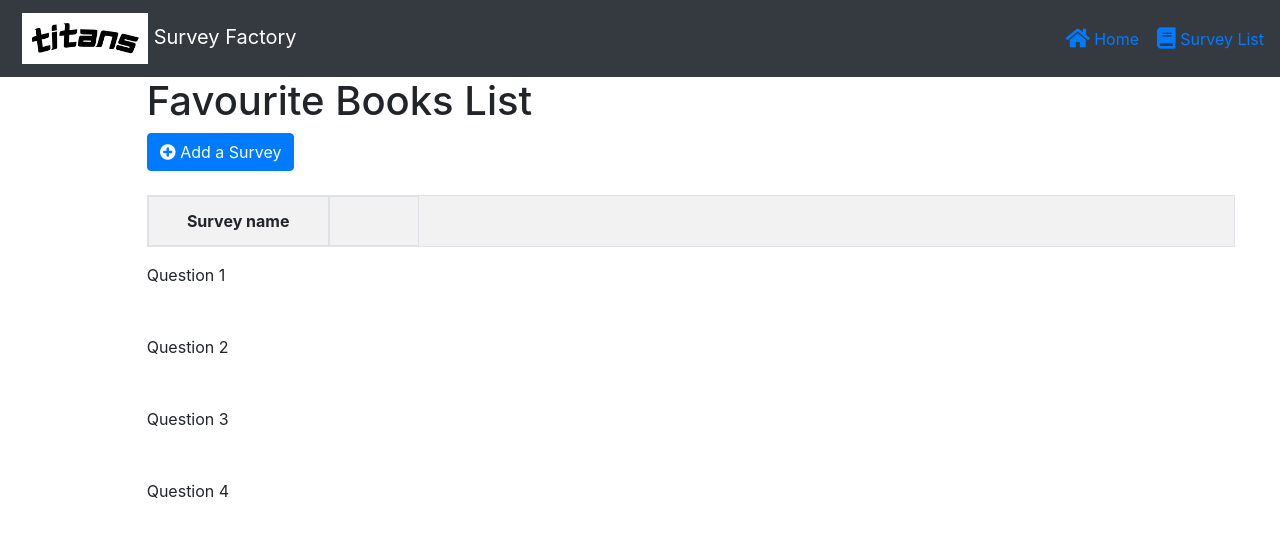
Repository: lord-NAVY/titans
Page: http://localhost/book-list
The author's editor kept a copy of each file at every save. The page is drawn from the files as they stood at one save, then again after the next save.
The browser window is 1280 px wide. The pictures show the whole page.
The page is served by the project's Node server (server.js). Queries for data that is not in the repository find no rows.

Above is the page before, as saved 2021-11-09 21:21:53.

After the next save:
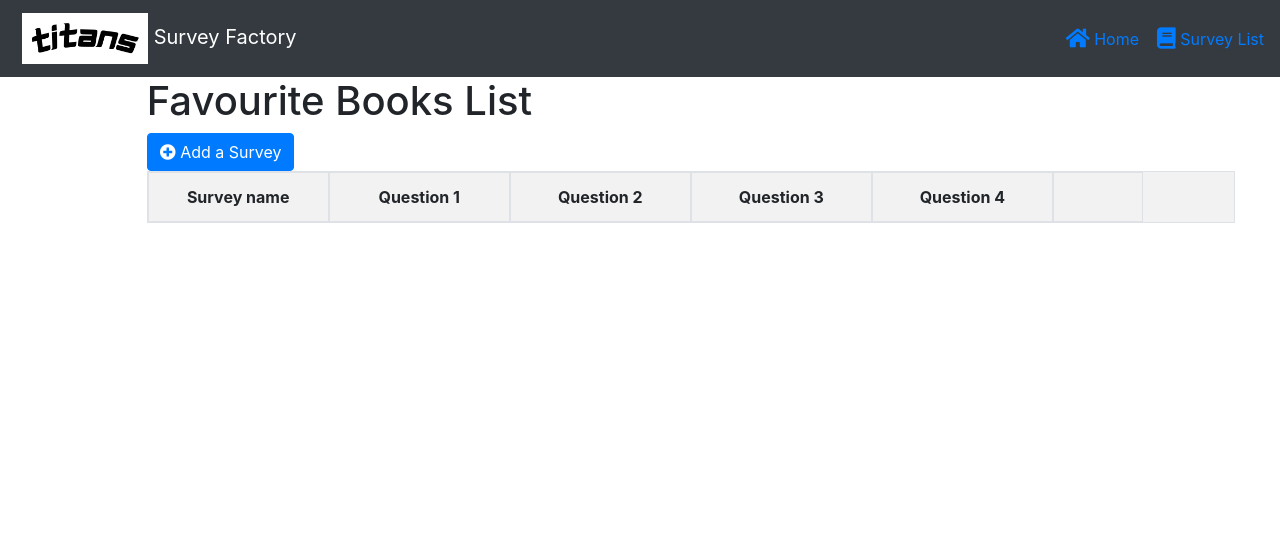
Saved 2 min 23 s later.
--- a/server/views/book/index.ejs
+++ b/server/views/book/index.ejs
@@ -12,20 +12,27 @@
             <!-- FIX THE ADD BUTTON BELOW -->
             <a href="/book-list/add" class="btn btn-primary" role="button">
             <i class="fas fa-plus-circle"></i> Add a Survey</a>
-            <br><br>
+            <br>
             <table class="table table-bordered table-striped table-hover">
                 <!-- Header Row-->
                 <tr class="d-flex">
-                   <th class="text-center col-2">Survey name</th>
+                    <th class="text-center col-2">Survey name</th>
+                    <th class="text-center col-2">Question 1</th>
+                    <th class="text-center col-2">Question 2</th>
+                    <th class="text-center col-2">Question 3</th>
+                    <th class="text-center col-2">Question 4</th>
                     <th class="text-center col-1"></th>
                 </tr>
+
                 <!-- Repeatable Template Row -->
 
                 <% for(let count = 0; count < BookList.length; count++) { %>
                     <tr class="d-flex">
-
-                       <th class="text-center col-2"><%= BookList[count].Title%></th><BR><br>
-
+                        <td class="text-center col-2"><%= BookList[count].Title%></td>
+                        <td class="text-center col-2"><%= BookList[count].Description %></td>
+                        <td class="text-center col-2"><%= BookList[count].Price%></td>
+                        <td class="text-center col-2"><%= BookList[count].Author %></td>
+                        <td class="text-center col-2"><%= BookList[count].Genre %></td>
                         <td class="text-center col-1">
 
                     <!-- ADD the EDIT BUTTON HERE -->
@@ -41,14 +48,8 @@
                             <i class="fas fa-trash-alt"></i> Delete</a>
                         </td>
                     </tr>
-
                 <% } %>
             </table>
-
-                        Question 1<br><%= BookList.Description %><br><br>
-                        Question 2<br><%= BookList.Price%><br><br>
-                        Question 3<br><%= BookList.Author %><br><br>
-                        Question 4<br><%= BookList.Genre %><br><br>
         </div>
     </div>
   </main>
